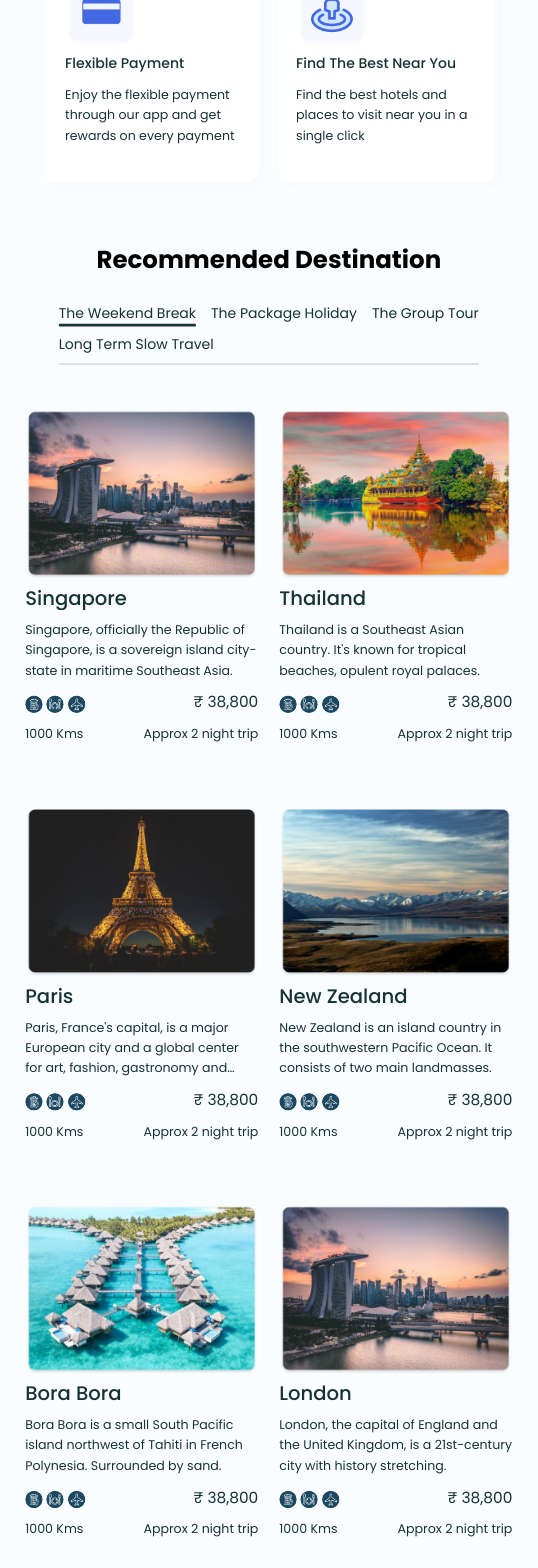
Repository: kuluong2000/travel
Page: index.html
An editor plug-in stored every save of this project. The page is shown before and after the next save, followed by the edit.
The browser window is 768 px wide. The pictures show the part of the page from y = 951 to 3191 px (the page is 3191 px tall before and 3111 px after), at 70% of full size.
The style sheet was rebuilt from its Sass, Less or Tailwind sources for each picture, by a compiler version that may differ from the author's.

Above is the page before, as saved 2021-09-09 22:16:55.

After the next save:
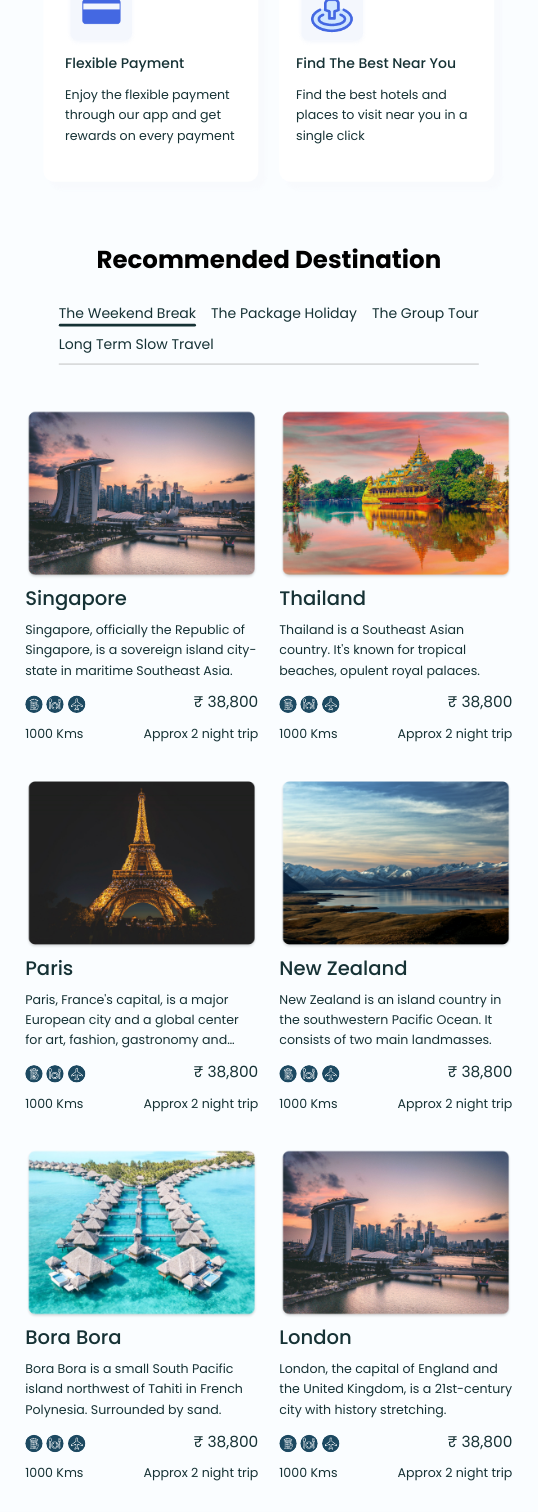
Saved 25 s later.
--- a/assets/css/responsive.css
+++ b/assets/css/responsive.css
@@ -216,7 +216,7 @@
     }
         .destination__cards {
         grid-template-columns: repeat(2, 1fr);
-        grid-gap: 90px 30px;
+        grid-gap: 50px 30px;
 
     }
     .destination__card__top__name {
